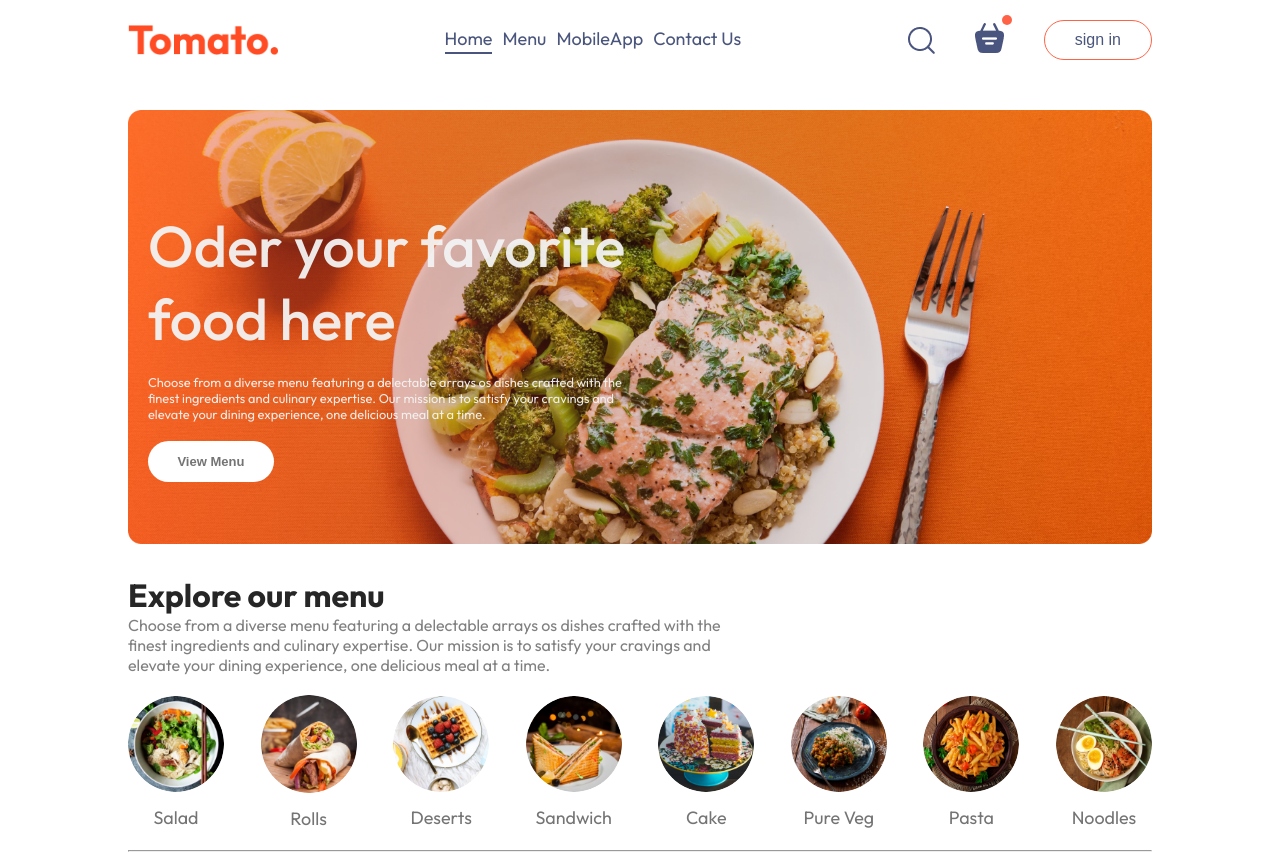
Repository: guilhermecardoso93/tomato-front-end
Page: /
These files come from the project's save history. The page is drawn as it stood at one moment and after a run of saves; the edit follows.
The browser window is 1280 px wide. The pictures show the whole page.
The project was rebuilt for these pictures with package versions that can differ from the ones it lists, and the page was loaded fresh each time. Also part of the build but not shown: vite.config.js, src/pages/Cart/styles.css, src/pages/Cart/index.jsx, src/pages/PlaceOrder/styles.css, src/pages/PlaceOrder/index.jsx.

Above is the page before, as saved 2024-10-29 20:58:25.

### index.html
<!doctype html>
<html lang="en">

<head>
    <meta charset="UTF-8" />
    <link rel="icon" type="image/svg+xml" href="" />
    <link rel="preconnect" href="https://fonts.googleapis.com">
    <link rel="preconnect" href="https://fonts.gstatic.com" crossorigin>
    <link href="https://fonts.googleapis.com/css2?family=Inter:ital,opsz,wght@0,14..32,100..900;1,14..32,100..900&family=Outfit:wght@100..900&display=swap" rel="stylesheet">
    <meta name="viewport" content="width=device-width, initial-scale=1.0" />
    <title>Tomato</title>
</head>

<body>
    <div id="root"></div>
    <script type="module" src="/src/main.jsx"></script>
</body>

</html>

### src/main.jsx
import { StrictMode } from "react";
import { createRoot } from "react-dom/client";
import "./index.css";
import { App } from "./App.jsx";
import { BrowserRouter } from "react-router-dom";

createRoot(document.getElementById("root")).render(
  <BrowserRouter>
    <App />
  </BrowserRouter>
);

### src/index.css
* {
  padding: 0;
  margin: 0;
  box-sizing: border-box;
}

body {
  min-height: 100vh;
  font-family: "Outfit", sans-serif;
}

a {
  text-decoration: none;
  color: inherit;
}

.app {
  width: 80%;
  margin: auto;
}

@keyframes fadeIn {
  0% {
    opacity: 0;
  }

  100% {
    opacity: 1;
  }
}

### src/App.jsx
import { Routes, Route } from "react-router-dom";
import { Navbar } from "./components/Navbar";

import { Home } from "./pages/Home";
import { Cart } from "./pages/Cart";
import { PlaceOrder } from "./pages/PlaceOrder";

export function App() {
  return (
    <div className="app">
      <Navbar />
      <Routes>
        <Route path="/" element={<Home />} />
        <Route path="/cart" element={<Cart />} />
        <Route path="/order" element={<PlaceOrder />} />
      </Routes>
    </div>
  );
}

### src/components/Navbar/index.jsx
import { useState } from "react";
import { assets } from "../../assets/assets";
import "./styles.css";

export const Navbar = () => {
  const [menu, setMenu] = useState("Home");

  return (
    <div className="navbar">
      <img src={assets.logo} alt="Logo" className="logo" />
      <ul className="navbar-menu">
        <li
          onClick={() => setMenu("Home")}
          className={menu === "Home" ? "active" : ""}
        >
          Home
        </li>
        <li
          onClick={() => setMenu("Menu")}
          className={menu === "Menu" ? "active" : ""}
        >
          Menu
        </li>
        <li
          onClick={() => setMenu("MobileApp")}
          className={menu === "MobileApp" ? "active" : ""}
        >
          MobileApp
        </li>
        <li
          onClick={() => setMenu("Contact Us")}
          className={menu === "Contact Us" ? "active" : ""}
        >
          Contact Us
        </li>
      </ul>
      <div className="navbar-right">
        <img src={assets.search_icon} alt="" />
        <div className="navbar-search-icon">
          <img src={assets.basket_icon} alt="" />
          <div className="dot"></div>
        </div>
        <button>sign in</button>
      </div>
    </div>
  );
};

### src/pages/Home/index.jsx
import { ExplorerMenu } from "../../components/ExplorerMenu";
import { Header } from "../../components/Header";
import "./styles.css";

export const Home = () => {
  return (
    <div>
      <Header />
      <ExplorerMenu />
    </div>
  );
};

### src/assets/assets.js
import basket_icon from './icons/basket_icon.png'
import logo from './logo.png'
import header_img from './header_img.png'
import search_icon from './icons/search_icon.png'
import menu_1 from './menu/menu_1.png'
import menu_2 from './menu/menu_2.png'
import menu_3 from './menu/menu_3.png'
import menu_4 from './menu/menu_4.png'
import menu_5 from './menu/menu_5.png'
import menu_6 from './menu/menu_6.png'
import menu_7 from './menu/menu_7.png'
import menu_8 from './menu/menu_8.png'

import food_1 from './food/food_1.png'
import food_2 from './food/food_2.png'
import food_3 from './food/food_3.png'
import food_4 from './food/food_4.png'
import food_5 from './food/food_5.png'
import food_6 from './food/food_6.png'
import food_7 from './food/food_7.png'
import food_8 from './food/food_8.png'
import food_9 from './food/food_9.png'
import food_10 from './food/food_10.png'
import food_11 from './food/food_11.png'
import food_12 from './food/food_12.png'
import food_13 from './food/food_13.png'
import food_14 from './food/food_14.png'
import food_15 from './food/food_15.png'
import food_16 from './food/food_16.png'
import food_17 from './food/food_17.png'
import food_18 from './food/food_18.png'
import food_19 from './food/food_19.png'
import food_20 from './food/food_20.png'
import food_21 from './food/food_21.png'
import food_22 from './food/food_22.png'
import food_23 from './food/food_23.png'
import food_24 from './food/food_24.png'
import food_25 from './food/food_25.png'
import food_26 from './food/food_26.png'
import food_27 from './food/food_27.png'
import food_28 from './food/food_28.png'
import food_29 from './food/food_29.png'
import food_30 from './food/food_30.png'
import food_31 from './food/food_31.png'
import food_32 from './food/food_32.png'

import add_icon_white from './icons/add_icon_white.png'
import add_icon_green from './icons/add_icon_green.png'
import remove_icon_red from './icons/remove_icon_red.png'
import app_store from './icons/app_store.png'
import play_store from './icons/play_store.png'
import linkedin_icon from './icons/linkedin_icon.png'
import facebook_icon from './icons/facebook_icon.png'
import twitter_icon from './icons/twitter_icon.png'
import cross_icon from './icons/cross_icon.png'
import selector_icon from './icons/selector_icon.png'
import rating_starts from './icons/rating_starts.png'
import profile_icon from './icons/profile_icon.png'
import bag_icon from './icons/bag_icon.png'
import logout_icon from './icons/logout_icon.png'
import parcel_icon from './icons/parcel_icon.png'

export const assets = {
    logo,
    basket_icon,
    header_img,
    search_icon,
    rating_starts,
    add_icon_green,
    add_icon_white,
    remove_icon_red,
    app_store,
    play_store,
    linkedin_icon,
    facebook_icon,
    twitter_icon,
    cross_icon,
    selector_icon,
    profile_icon,
    logout_icon,
    bag_icon,
    parcel_icon
}

export const menu_list = [
    {
        menu_name: "Salad",
        menu_image: menu_1
    },
    {
        menu_name: "Rolls",
        menu_image: menu_2
    },
    {
        menu_name: "Deserts",
        menu_image: menu_3
    },
    {
        menu_name: "Sandwich",
        menu_image: menu_4
    },
    {
        menu_name: "Cake",
        menu_image: menu_5
    },
    {
        menu_name: "Pure Veg",
        menu_image: menu_6
    },
    {
        menu_name: "Pasta",
        menu_image: menu_7
    },
    {
        menu_name: "Noodles",
        menu_image: menu_8
    }]

export const food_list = [
    {
        _id: "1",
        name: "Greek salad",
        image: food_1,
        price: 12,
        description: "Food provides essential nutrients for overall health and well-being",
        category: "Salad"
    },
    {
        _id: "2",
        name: "Veg salad",
        image: food_2,
        price: 18,
        description: "Food provides essential nutrients for overall health and well-being",
        category: "Salad"
    }, {
        _id: "3",
        name: "Clover Salad",
        image: food_3,
        price: 16,
        description: "Food provides essential nutrients for overall health and well-being",
        category: "Salad"
    }, {
        _id: "4",
        name: "Chicken Salad",
        image: food_4,
        price: 24,
        description: "Food provides essential nutrients for overall health and well-being",
        category: "Salad"
    }, {
        _id: "5",
        name: "Lasagna Rolls",
        image: food_5,
        price: 14,
        description: "Food provides essential nutrients for overall health and well-being",
        category: "Rolls"
    }, {
        _id: "6",
        name: "Peri Peri Rolls",
        image: food_6,
        price: 12,
        description: "Food provides essential nutrients for overall health and well-being",
        category: "Rolls"
    }, {
        _id: "7",
        name: "Chicken Rolls",
        image: food_7,
        price: 20,
        description: "Food provides essential nutrients for overall health and well-being",
        category: "Rolls"
    }, {
        _id: "8",
        name: "Veg Rolls",
        image: food_8,
        price: 15,
        description: "Food provides essential nutrients for overall health and well-being",
        category: "Rolls"
    }, {
        _id: "9",
        name: "Ripple Ice Cream",
        image: food_9,
        price: 14,
        description: "Food provides essential nutrients for overall health and well-being",
        category: "Deserts"
    }, {
        _id: "10",
        name: "Fruit Ice Cream",
        image: food_10,
        price: 22,
        description: "Food provides essential nutrients for overall health and well-being",
        category: "Deserts"
    }, {
        _id: "11",
        name: "Jar Ice Cream",
        image: food_11,
        price: 10,
        description: "Food provides essential nutrients for overall health and well-being",
        category: "Deserts"
    }, {
        _id: "12",
        name: "Vanilla Ice Cream",
        image: food_12,
        price: 12,
        description: "Food provides essential nutrients for overall health and well-being",
        category: "Deserts"
    },
    {
        _id: "13",
        name: "Chicken Sandwich",
        image: food_13,
        price: 12,
        description: "Food provides essential nutrients for overall health and well-being",
        category: "Sandwich"
    },
    {
        _id: "14",
        name: "Vegan Sandwich",
        image: food_14,
        price: 18,
        description: "Food provides essential nutrients for overall health and well-being",
        category: "Sandwich"
    }, {
        _id: "15",
        name: "Grilled Sandwich",
        image: food_15,
        price: 16,
        description: "Food provides essential nutrients for overall health and well-being",
        category: "Sandwich"
    }, {
        _id: "16",
        name: "Bread Sandwich",
        image: food_16,
        price: 24,
        description: "Food provides essential nutrients for overall health and well-being",
        category: "Sandwich"
    }, {
        _id: "17",
        name: "Cup Cake",
        image: food_17,
        price: 14,
        description: "Food provides essential nutrients for overall health and well-being",
        category: "Cake"
    }, {
        _id: "18",
        name: "Vegan Cake",
        image: food_18,
        price: 12,
        description: "Food provides essential nutrients for overall health and well-being",
        category: "Cake"
    }, {
        _id: "19",
        name: "Butterscotch Cake",
        image: food_19,
        price: 20,
        description: "Food provides essential nutrients for overall health and well-being",
        category: "Cake"
    }, {
        _id: "20",
        name: "Sliced Cake",
        image: food_20,
        price: 15,
        description: "Food provides essential nutrients for overall health and well-being",
        category: "Cake"
    }, {
        _id: "21",
        name: "Garlic Mushroom ",
        image: food_21,
        price: 14,
        description: "Food provides essential nutrients for overall health and well-being",
        category: "Pure Veg"
    }, {
        _id: "22",
        name: "Fried Cauliflower",
        image: food_22,
        price: 22,
        description: "Food provides essential nutrients for overall health and well-being",
        category: "Pure Veg"
    }, {
        _id: "23",
        name: "Mix Veg Pulao",
        image: food_23,
        price: 10,
        description: "Food provides essential nutrients for overall health and well-being",
        category: "Pure Veg"
    }, {
        _id: "24",
        name: "Rice Zucchini",
        image: food_24,
        price: 12,
        description: "Food provides essential nutrients for overall health and well-being",
        category: "Pure Veg"
    },
    {
        _id: "25",
        name: "Cheese Pasta",
        image: food_25,
        price: 12,
        description: "Food provides essential nutrients for overall health and well-being",
        category: "Pasta"
    },
    {
        _id: "26",
        name: "Tomato Pasta",
        image: food_26,
        price: 18,
        description: "Food provides essential nutrients for overall health and well-being",
        category: "Pasta"
    }, {
        _id: "27",
        name: "Creamy Pasta",
        image: food_27,
        price: 16,
        description: "Food provides essential nutrients for overall health and well-being",
        category: "Pasta"
    }, {
        _id: "28",
        name: "Chicken Pasta",
        image: food_28,
        price: 24,
        description: "Food provides essential nutrients for overall health and well-being",
        category: "Pasta"
    }, {
        _id: "29",
        name: "Buttter Noodles",
        image: food_29,
        price: 14,
        description: "Food provides essential nutrients for overall health and well-being",
        category: "Noodles"
    }, {
        _id: "30",
        name: "Veg Noodles",
        image: food_30,
        price: 12,
        description: "Food provides essential nutrients for overall health and well-being",
        category: "Noodles"
    }, {
        _id: "31",
        name: "Somen Noodles",
        image: food_31,
        price: 20,
        description: "Food provides essential nutrients for overall health and well-being",
        category: "Noodles"
    }, {
        _id: "32",
        name: "Cooked Noodles",
        image: food_32,
        price: 15,
        description: "Food provides essential nutrients for overall health and well-being",
        category: "Noodles"
    }
]

### src/components/Navbar/styles.css
.navbar {
  padding: 20px 0;
  display: flex;
  justify-content: space-between;
  align-items: center;
}

.navbar .logo {
  width: 150px;
}

.navbar-menu {
  display: flex;
  list-style: none;
  gap: 10px;
  color: #49557c;
  font-size: 18px;
}

.navbar li {
  cursor: pointer
}

.navbar-right {
  display: flex;
  align-items: center;
  gap: 40px;
}

.navbar button {
  background: transparent;
  font-size: 16px;
  color: #49557c;
  border: 1px solid tomato;
  padding: 10px 30px;
  border-radius: 50px;
  cursor: pointer;
  transition: 0.3s;
}

.navbar button:hover {
  background: #fff4f2;
}

.navbar .active {
  padding-bottom: 2px;
  border-bottom: 2px solid #49557c;
}

.navbar-search-icon {
  position: relative;
}

.navbar-search-icon .dot {
  position: absolute;
  min-height: 10px;
  min-width: 10px;
  background-color: tomato;
  border-radius:  5px;
  top: -8px;
  right: -8px;
}

### src/components/ExplorerMenu/index.jsx
import { menu_list } from "../../assets/assets";
import "./styles.css";

export const ExplorerMenu = () => {
  return (
    <div className="explorer-menu" id="explore-menu">
      <h1>Explore our menu</h1>
      <p className="explore-menu-text">
        Choose from a diverse menu featuring a delectable arrays os dishes
        crafted with the finest ingredients and culinary expertise. Our mission
        is to satisfy your cravings and elevate your dining experience, one
        delicious meal at a time.
      </p>
      <div className="explore-menu-list">
        {menu_list.map((item, index) => {
          return (
            <div className="explore-menu-list-item" key={index}>
              <img src={item.menu_image} alt="" />
              <p>{item.menu_name}</p>
            </div>
          );
        })}
      </div>
      <hr />
    </div>
  );
};

### src/components/Header/index.jsx
import "./styles.css";

export const Header = () => {
  return (
    <div className="header">
      <div className="header-container">
        <h2>Oder your favorite food here</h2>
        <p>
          Choose from a diverse menu featuring a delectable arrays os dishes
          crafted with the finest ingredients and culinary expertise. Our
          mission is to satisfy your cravings and elevate your dining
          experience, one delicious meal at a time.
        </p>
        <button> View Menu</button>
      </div>
    </div>
  );
};

### src/components/ExplorerMenu/styles.css
.explorer-menu {
  display: flex;
  flex-direction: column;
}

.explorer-menu h1 {
  color: #262626;
  font-size: 500;
}

.explore-menu-text {
  max-width: 60%;
  color: #808080;
}

.explore-menu-list {
  display: flex;
  justify-content: space-between;
  align-items: center;
  gap: 30px;
  text-align: center;
  margin: 20px 0px;
  overflow-x: scroll;
}

.explore-menu-list::-webkit-scrollbar {
  display: none;
}

.explore-menu-list img {
  width: 7.5vw;
  min-width: 80px;
  cursor: pointer;
  border-radius: 50%;
  transition: 0.2s;
}

.explore-menu-list p {
  margin-top: 10px;
  color: #747474;
  font-size: max(1.4vw, 16px);
  cursor: pointer;
}

.explore-menu hr {
  margin: 10px 0px;
  height: 2px;
  background: #e2e2e2;
  border: none;
}

### src/components/Header/styles.css
.header {
  height: 34vw;
  margin: 30px auto;
  background: url('../../assets/header_img.png') no-repeat;
  background-size: contain;
  position: relative;
}



.header-container {
  position: absolute;
  display: flex;
  flex-direction: column;
  align-items: start;
  padding: 20px;
  gap: 1.5vw;
  max-width: 52%;
  bottom: 10%;
  animation: fadeIn 3s;
}


.header-container h2 {
  font-weight: 500;
  color: #f2f2f2f2;
  font-size: max(4.5vw, 22px);
}


.header-container p {
  color: #f2f2f2f2;
  font-size: 1vw;
}


.header-container button {
  border: none;
  color: #747474;
  font-weight: 700;
  padding: 1vw 2.3vw;
  background: white;
  font-size: max(1vw, 13px);
  border-radius: 50px;
}

Loaded but not shown: src/pages/Home/styles.css (no stored copy; drawn as an empty file)

After the next 2 saves:
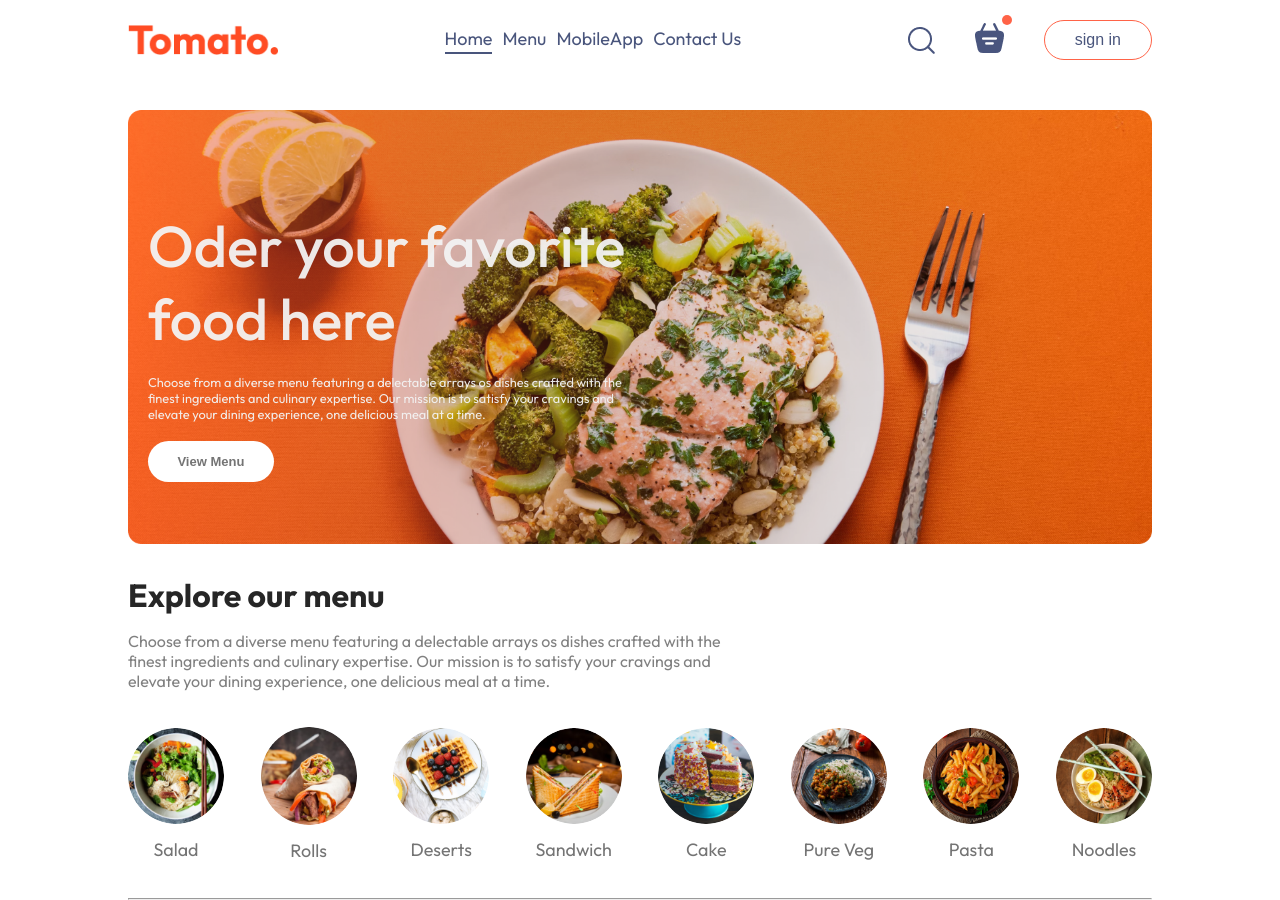
The 2 saves are shown as one change because they came seconds apart.
The last was saved 18 s later.
--- a/src/components/ExplorerMenu/styles.css
+++ b/src/components/ExplorerMenu/styles.css
@@ -1,6 +1,7 @@
 .explorer-menu {
   display: flex;
   flex-direction: column;
+  gap: 1rem;
 }
 
 .explorer-menu h1 {
